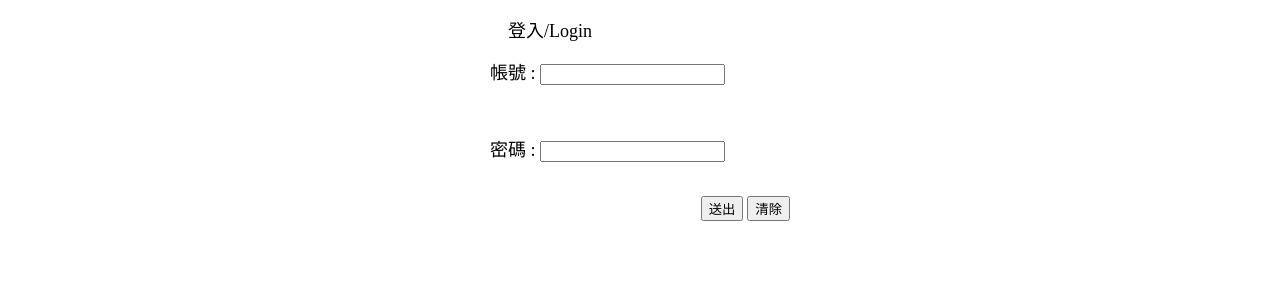
Repository: 107368009jungchengtsai/health
Page: http://localhost/login_demo/login.jsp
The author's editor kept a copy of each file at every save. The page is drawn from the files as they stood at one save, then again after the next save.
The browser window is 1280 px wide. The pictures show the whole page.
The page is served by Tomcat 9. Other server files are loaded and not shown.

Above is the page before, as saved 2019-12-19 19:02:10.

### Final_project_2/workspace/login_demo/WebContent/login.jsp
<%@ page language="java" contentType="text/html; charset=BIG5"
    pageEncoding="BIG5"%>
<!DOCTYPE html PUBLIC "-//W3C//DTD HTML 4.01 Transitional//EN" "http://www.w3.org/TR/html4/loose.dtd">
<html>
<head>
<meta http-equiv="Content-Type" content="text/html; charset=BIG5">
<title>Login Page</title>
</head>

<script language="JavaScript">


function checkNameAndPassIsEmptyOrNot()
{

	if (FORM1.userIDText.value == "" && FORM1.userPassText.value == "")
	{

		alert("請輸入帳號/密碼");
	}
	else if (FORM1.userIDText.value == "")
	{

		alert("請輸入帳號");
	}
	else if (FORM1.userPassText.value == "")
	{
		alert("請輸入密碼");
	}
	else if (FORM1.userIDText.value != "" && FORM1.userPassText.value != "")
	{
		FORM1.submit();
	}
	else
	{
		alert("something wrong!");
	}
}

</script>


<body>
<div id="loginpage" class="show"
			style="margin: 0px auto; height: 300px; width: 1200px">

			<div id="loginpage" style="margin: 0px auto;width:300px;height:100px;">

			<form id="login_form" action="UserInfoServlet" method=post>
				<span style="margin: 0px auto;">
					<P>
						<font size='4' face=標楷體  height:100px;width:400px;">&nbsp;&nbsp;&nbsp;&nbsp;登入/Login</font>
					</P>

					<P>
						<font face=標楷體 size='4'>帳號 : </font> <input type=text name=userIDText value="">
					</P>
					<BR />
					<P>
						<font face=標楷體 size='4'>密碼 : </font><input type=password id=userPassText value="">
					</P>
					<BR />
				</span>
				<span style="float: right;">
				<input type="submit" value="送出"
					name=button1 onClick="checkNameAndPassIsEmptyOrNot()" /> <INPUT
					type="reset" value="清除" name=reset1 />
				</span>
			</form>
			</div>



		</div>
</body>
</html>

After the next save:
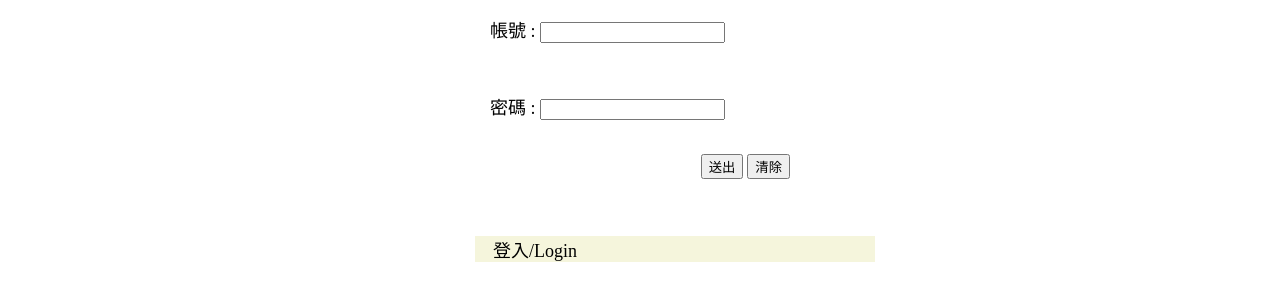
Saved 61 s later.
--- a/Final_project_2/workspace/login_demo/WebContent/login.jsp
+++ b/Final_project_2/workspace/login_demo/WebContent/login.jsp
@@ -46,25 +46,50 @@ function checkNameAndPassIsEmptyOrNot()
 
 			<div id="loginpage" style="margin: 0px auto;width:300px;height:100px;">
 
-			<form id="login_form" action="UserInfoServlet" method=post>
+			<form action="UserInfoServlet" method=post name=FORM1>
 				<span style="margin: 0px auto;">
 					<P>
-						<font size='4' face=標楷體  height:100px;width:400px;">&nbsp;&nbsp;&nbsp;&nbsp;登入/Login</font>
+						<font size='4' face=標楷體  style="background-color:#f5f5dc;height:26px;width:400px;position: absolute; left:475px; top: 236px;">&nbsp;&nbsp;&nbsp;&nbsp;登入/Login</font>
 					</P>
+					<!--
+					<div onchange="courseChange()" >
+						<font face=標楷體 size='4' style="position: absolute; left:525px; top: 280px;">課程名稱 : </font>
+						<select id="selectCourseName" name="selectCourseName" style="width: 10%;position: absolute; left:620px; top: 283px;" >
+						<%
+						//for(int i = 0;i < courseList.size();i ++)
+						//{
+						//	if(i == 0)
+						//	{
+						%>
+							<option value="<%/*=courseList.get(i)*/ %>" selected="true"><%/*=courseList.get(i)*/ %></option>
+						<%
+						//	}
+						//	else
+						//	{
+						%>
+							<option value="<%/*=courseList.get(i)*/ %>"><%/*=courseList.get(i)*/ %></option>
+						<%
+						//	}
+						//}
+						%>
+						</select>
 
+					</div>
+					 -->
 					<P>
-						<font face=標楷體 size='4'>帳號 : </font> <input type=text name=userIDText value="">
+						<font face=標楷體 size='4'>帳號 : </font> <INPUT type=text name=userIDText value="">
 					</P>
 					<BR />
 					<P>
-						<font face=標楷體 size='4'>密碼 : </font><input type=password id=userPassText value="">
+						<font face=標楷體 size='4'>密碼 : </font><INPUT type=password name=userPassText value="">
 					</P>
 					<BR />
 				</span>
 				<span style="float: right;">
-				<input type="submit" value="送出"
-					name=button1 onClick="checkNameAndPassIsEmptyOrNot()" /> <INPUT
-					type="reset" value="清除" name=reset1 />
+					<input type="submit" value="送出"
+						name=button1 onClick="checkNameAndPassIsEmptyOrNot()" />
+					<input
+						type="reset" value="清除" name=reset1 />
 				</span>
 			</form>
 			</div>
